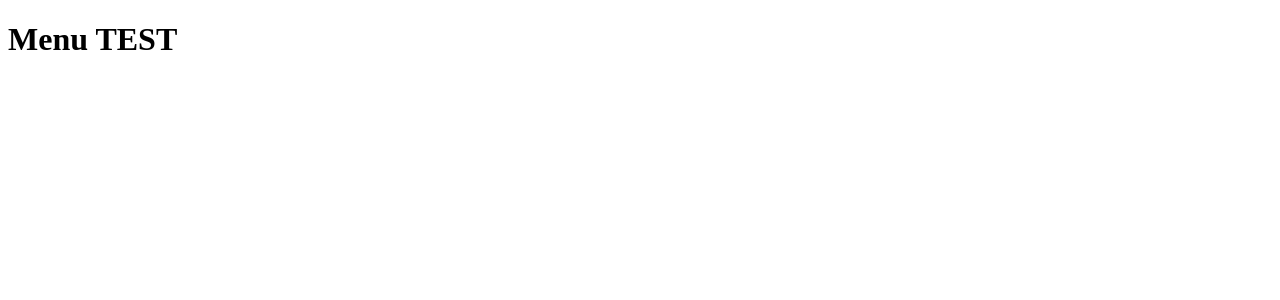
Repository: acredev/Restaurant_Management_System
Page: http://localhost/leekangjo/jsp/store/detail/menu.jsp
These files come from the project's save history. The page is drawn as it stood at one moment and after the next save; the edit follows.
The browser window is 1280 px wide. The pictures show the whole page.
The page is served by Tomcat 9.

Above is the page before, as saved 2023-05-26 17:18:28.

After the next save:
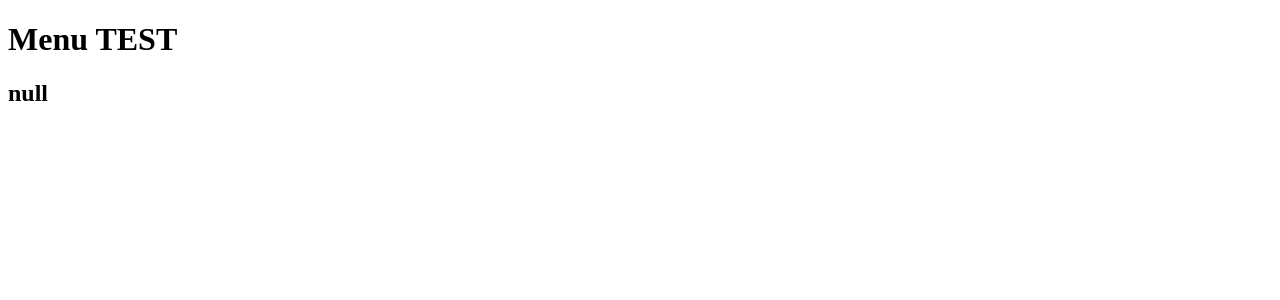
Saved 48 s later.
--- a/leekangjo/WebContent/jsp/store/detail/menu.jsp
+++ b/leekangjo/WebContent/jsp/store/detail/menu.jsp
@@ -9,5 +9,6 @@
     </head>
     <body>
         <h1>Menu TEST</h1>
+        <h2><%=request.getParameter("store_num") %></h2>
     </body>
 </html>
